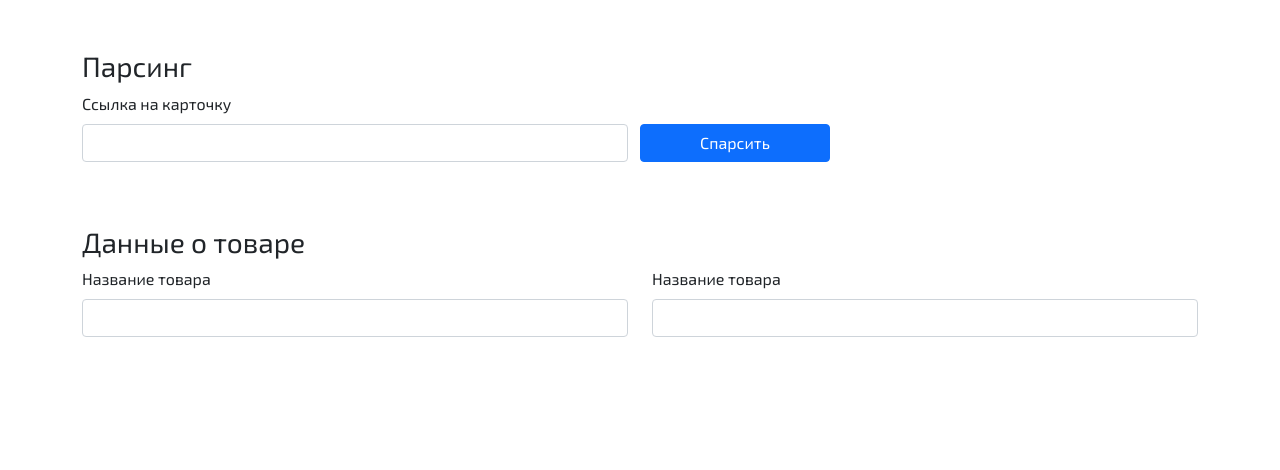
Repository: yozuul/wildberries-product-card-parser-api-exchange
Page: public/index.html
The author's editor kept a copy of each file at every save. The page is drawn from the files as they stood at one save, then again after the next save.
The browser window is 1280 px wide. The pictures show the whole page.

Above is the page before, as saved 2021-08-18 20:00:16.

After the next save:
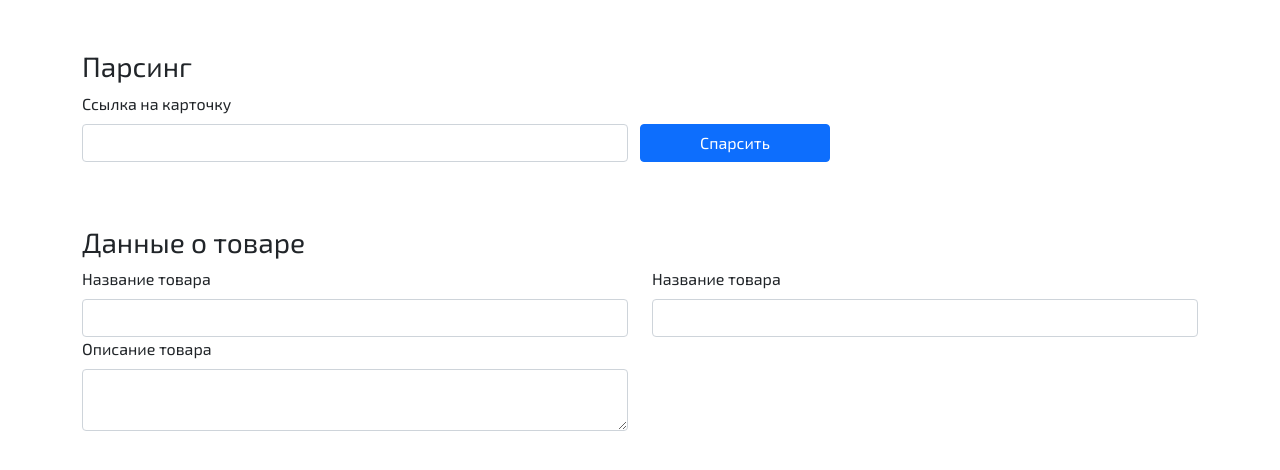
Saved 30 s later.
--- a/public/index.html
+++ b/public/index.html
@@ -30,6 +30,8 @@
           <div class="col">
             <label for="productName" class="form-label">Название товара</label>
             <input type="text" class="form-control" id="productName">
+            <label for="productName" class="form-label">Описание товара</label>
+            <textarea type="text" class="form-control" id="productName"></textarea>
           </div>
           <div class="col">
             <label for="productName" class="form-label">Название товара</label>
